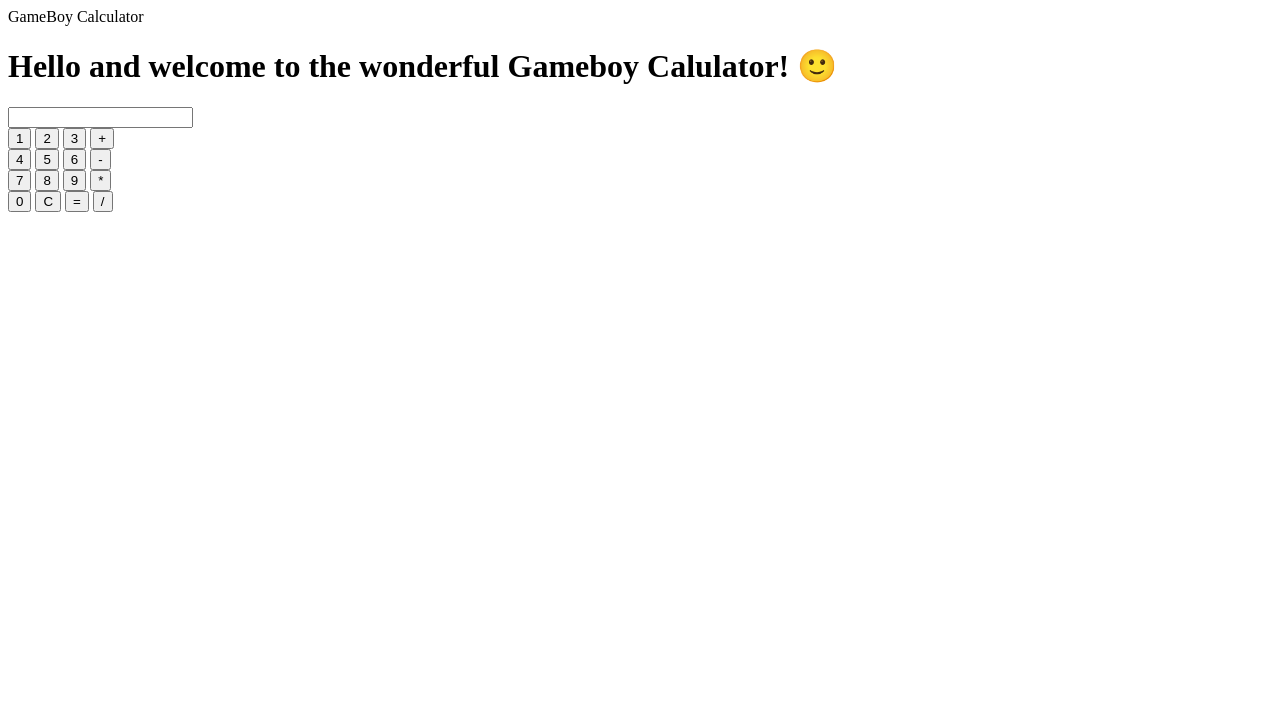
Repository: CrazyPaine/GameBoy-Calculator
Page: index.html
These files come from the project's save history. The page is drawn as it stood at one moment and after the next save; the edit follows.
The browser window is 1280 px wide. The pictures show the whole page.

Above is the page before, as saved 2024-02-01 16:41:14.

### index.html
<!DOCTYPE html>
<html lang="en">
<head>
    <meta charset="UTF-8">
    <meta name="viewport" content="width=device-width, initial-scale=1.0">
    <link rel="stylesheet" type="text/css" href="css/styles.css"
    <title>GameBoy Calculator</title>
</head>

<body>
    <h1 class = "Intro">Hello and welcome to the wonderful Gameboy Calulator! &#128578;</h1>

    <div class = 'calculator'>
        <input type="text"id="display" readonly>
       <br>
            <button onclick="appendToDisplay('1')">1</button>
            <button onclick="appendToDisplay('2')">2</button>
            <button onclick="appendToDisplay('3')">3</button>
            <button onclick="appendToDisplay('+')">+</button>
            <br>
            <button onclick="appendToDisplay('4')">4</button>
            <button onclick="appendToDisplay('5')">5</button>
            <button onclick="appendToDisplay('6')">6</button>
            <button onclick="appendToDisplay('-')">-</button>
            <br>
            <button onclick="appendToDisplay('7')">7</button>
            <button onclick="appendToDisplay('8')">8</button>
            <button onclick="appendToDisplay('9')">9</button>
            <button onclick="appendToDisplay('*')">*</button>
            <br>
            <button onclick="appendToDisplay('0')">0</button>
            <button onclick="clearDisplay()">C</button>
            <button onclick="calculateResult()">=</button>
            <button onclick="appendToDisplay('/')">/</button>

    </div>




</body>
</html>

### css/styles.css
/******************************************
/* CSS
/*******************************************/


/* Box Model Hack */
* {
    box-sizing: border-box;
}

/******************************************
/* LAYOUT
/*******************************************/
title {
    text-align: left;
    font-size: 5px;
}


img {
    display: block;
    margin: 0 auto;
    width: 25%;
}


/******************************************
/* ADDITIONAL STYLES
/*******************************************/

After the next save:
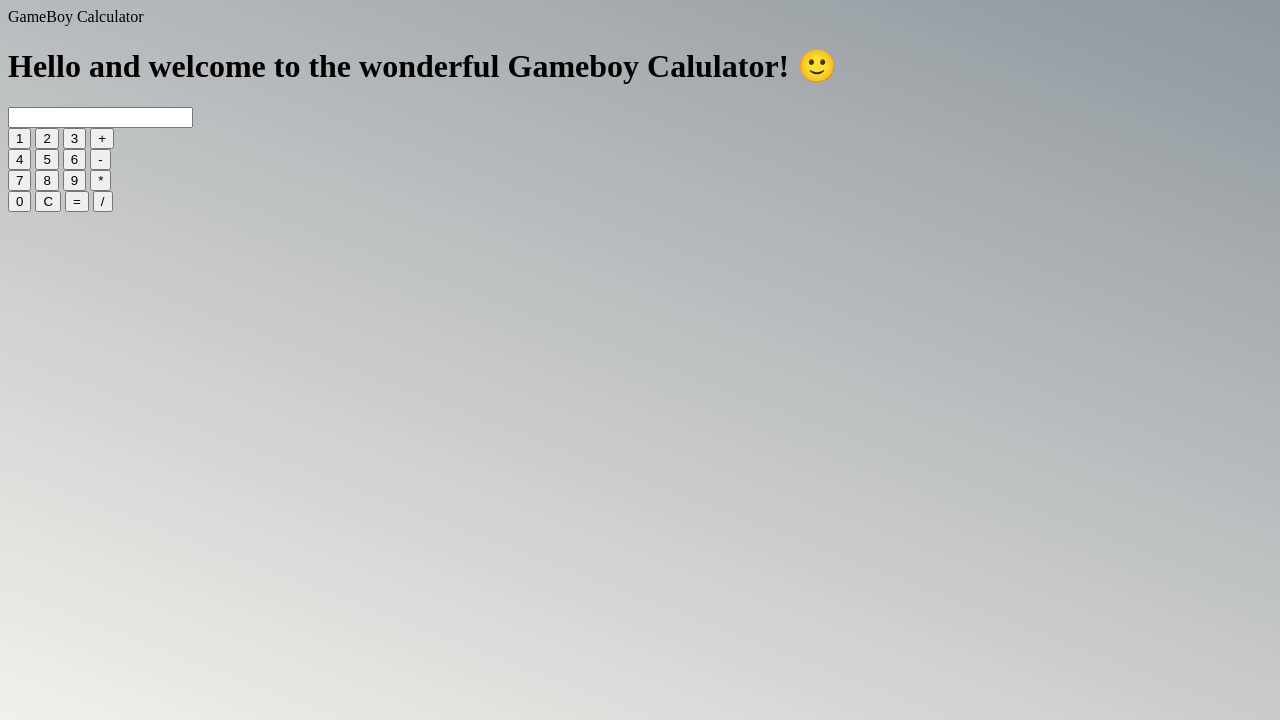
Saved 2 min 28 s later.
--- a/css/styles.css
+++ b/css/styles.css
@@ -8,14 +8,24 @@
     box-sizing: border-box;
 }
 
+
+
 /******************************************
 /* LAYOUT
 /*******************************************/
+html {
+    height: 100%;
+}
+
 title {
     text-align: left;
     font-size: 5px;
 }
 
+body {
+    background: rgb(143, 151, 157);
+        background: linear-gradient(201deg, rgba(143, 151, 157, 1) 0%, rgba(242, 240, 235, 1) 100%);
+}
 
 img {
     display: block;
